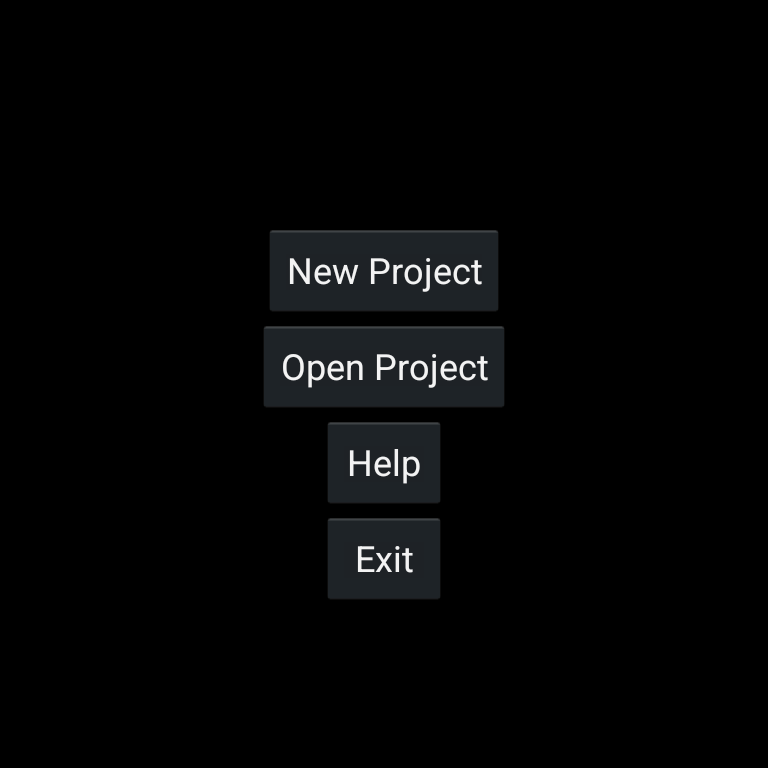
Repository: matthew-robertson/PhysLab
Layout: Phys Lab/Phys Lab/res/layout/activity_title.xml
An editor plug-in stored every save of this project. The layout is shown before and after the next save, followed by the edit.
The pictures show rows 512 to 1280 of an output 1280 px tall.
It is drawn on a 768 x 1280 px phone screen (xhdpi) without system bars, with theme android:Theme.Holo; the app's code is not run.

Above is the layout before, as saved 2013-01-17 00:20:45.

After the next save:
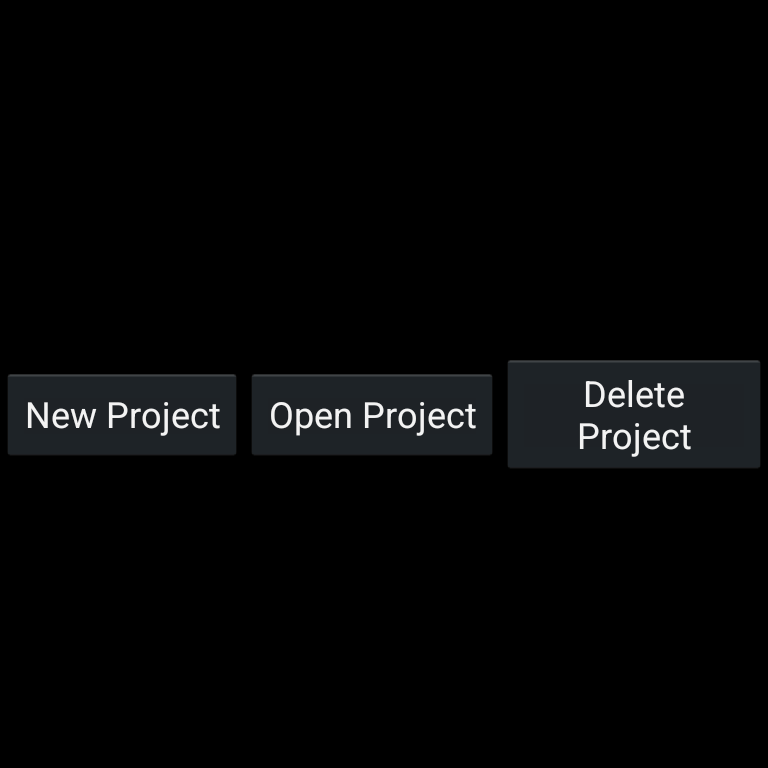
Saved 2 min 21 s later.
--- a/Phys Lab/Phys Lab/res/layout/activity_title.xml
+++ b/Phys Lab/Phys Lab/res/layout/activity_title.xml
@@ -13,7 +13,7 @@
         android:layout_width="match_parent"
         android:layout_height="0dp"
         android:layout_weight=".4"
-        android:background="#FFF0F0"
+        android:background="#00CC66"
         android:contentDescription="@string/logo_phys_lab"
         android:scaleType="center"
         android:text="Phys Lab: Motion" />
@@ -24,7 +24,7 @@
         android:layout_weight="0.6"
         android:baselineAligned="false"
         android:gravity="center"
-        android:orientation="vertical"
+        android:orientation="center_horizontal"
         android:paddingTop="30dp"
         android:weightSum="1.0" >
 
@@ -41,10 +41,10 @@
             android:text="Open Project" />
 
         <Button
-            android:id="@+id/button_help"
+            android:id="@+id/button_delete"
             android:layout_width="wrap_content"
             android:layout_height="wrap_content"
-            android:text="Help" />
+            android:text="Delete Project" />
 
         <Button
             android:id="@+id/button_exit"
